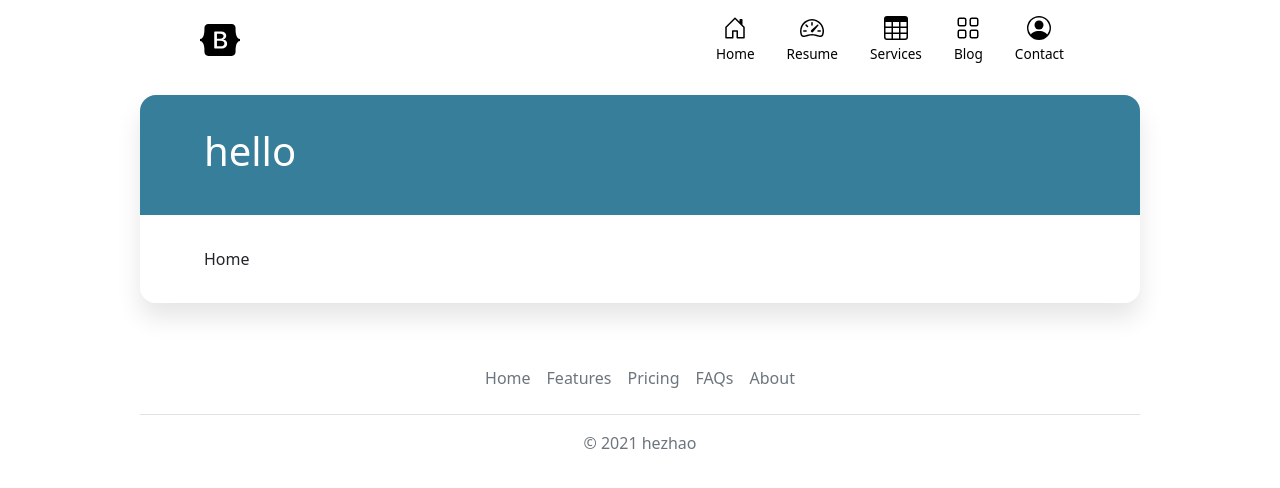
Repository: HeZhao-hugh/personal-web
Page: index.html
The author's editor kept a copy of each file at every save. The page is drawn from the files as they stood at one save, then again after the next save.
The browser window is 1280 px wide. The pictures show the whole page.

Above is the page before, as saved 2022-01-19 18:02:15.

### index.html
<!DOCTYPE html>
<html lang="en">

<head>
    <meta charset="UTF-8">
    <meta http-equiv="X-UA-Compatible" content="IE=edge">
    <meta name="viewport" content="width=device-width, initial-scale=1.0">
    <link href="https://cdn.jsdelivr.net/npm/bootstrap@5.1.3/dist/css/bootstrap.min.css" rel="stylesheet"
        integrity="sha384-1BmE4kWBq78iYhFldvKuhfTAU6auU8tT94WrHftjDbrCEXSU1oBoqyl2QvZ6jIW3" crossorigin="anonymous">
    <script src="https://cdn.jsdelivr.net/npm/bootstrap@5.1.3/dist/js/bootstrap.bundle.min.js"
        integrity="sha384-ka7Sk0Gln4gmtz2MlQnikT1wXgYsOg+OMhuP+IlRH9sENBO0LRn5q+8nbTov4+1p" crossorigin="anonymous">
    </script>

    <!-- Custom styles for this template -->
    <link href="style.css" rel="stylesheet">
    <title>Document</title>
</head>

<body>
    <svg xmlns="http://www.w3.org/2000/svg" style="display: none;">
        <symbol id="bootstrap" viewBox="0 0 118 94">
            <title>Bootstrap</title>
            <path fill-rule="evenodd" clip-rule="evenodd"
                d="M24.509 0c-6.733 0-11.715 5.893-11.492 12.284.214 6.14-.064 14.092-2.066 20.577C8.943 39.365 5.547 43.485 0 44.014v5.972c5.547.529 8.943 4.649 10.951 11.153 2.002 6.485 2.28 14.437 2.066 20.577C12.794 88.106 17.776 94 24.51 94H93.5c6.733 0 11.714-5.893 11.491-12.284-.214-6.14.064-14.092 2.066-20.577 2.009-6.504 5.396-10.624 10.943-11.153v-5.972c-5.547-.529-8.934-4.649-10.943-11.153-2.002-6.484-2.28-14.437-2.066-20.577C105.214 5.894 100.233 0 93.5 0H24.508zM80 57.863C80 66.663 73.436 72 62.543 72H44a2 2 0 01-2-2V24a2 2 0 012-2h18.437c9.083 0 15.044 4.92 15.044 12.474 0 5.302-4.01 10.049-9.119 10.88v.277C75.317 46.394 80 51.21 80 57.863zM60.521 28.34H49.948v14.934h8.905c6.884 0 10.68-2.772 10.68-7.727 0-4.643-3.264-7.207-9.012-7.207zM49.948 49.2v16.458H60.91c7.167 0 10.964-2.876 10.964-8.281 0-5.406-3.903-8.178-11.425-8.178H49.948z">
            </path>
        </symbol>
        <symbol id="Home" viewBox="0 0 16 16">
            <path
                d="M8.354 1.146a.5.5 0 0 0-.708 0l-6 6A.5.5 0 0 0 1.5 7.5v7a.5.5 0 0 0 .5.5h4.5a.5.5 0 0 0 .5-.5v-4h2v4a.5.5 0 0 0 .5.5H14a.5.5 0 0 0 .5-.5v-7a.5.5 0 0 0-.146-.354L13 5.793V2.5a.5.5 0 0 0-.5-.5h-1a.5.5 0 0 0-.5.5v1.293L8.354 1.146zM2.5 14V7.707l5.5-5.5 5.5 5.5V14H10v-4a.5.5 0 0 0-.5-.5h-3a.5.5 0 0 0-.5.5v4H2.5z" />
        </symbol>
        <symbol id="Resume" viewBox="0 0 16 16">
            <path
                d="M8 4a.5.5 0 0 1 .5.5V6a.5.5 0 0 1-1 0V4.5A.5.5 0 0 1 8 4zM3.732 5.732a.5.5 0 0 1 .707 0l.915.914a.5.5 0 1 1-.708.708l-.914-.915a.5.5 0 0 1 0-.707zM2 10a.5.5 0 0 1 .5-.5h1.586a.5.5 0 0 1 0 1H2.5A.5.5 0 0 1 2 10zm9.5 0a.5.5 0 0 1 .5-.5h1.5a.5.5 0 0 1 0 1H12a.5.5 0 0 1-.5-.5zm.754-4.246a.389.389 0 0 0-.527-.02L7.547 9.31a.91.91 0 1 0 1.302 1.258l3.434-4.297a.389.389 0 0 0-.029-.518z" />
            <path fill-rule="evenodd"
                d="M0 10a8 8 0 1 1 15.547 2.661c-.442 1.253-1.845 1.602-2.932 1.25C11.309 13.488 9.475 13 8 13c-1.474 0-3.31.488-4.615.911-1.087.352-2.49.003-2.932-1.25A7.988 7.988 0 0 1 0 10zm8-7a7 7 0 0 0-6.603 9.329c.203.575.923.876 1.68.63C4.397 12.533 6.358 12 8 12s3.604.532 4.923.96c.757.245 1.477-.056 1.68-.631A7 7 0 0 0 8 3z" />
        </symbol>
        <symbol id="Services" viewBox="0 0 16 16">
            <path
                d="M0 2a2 2 0 0 1 2-2h12a2 2 0 0 1 2 2v12a2 2 0 0 1-2 2H2a2 2 0 0 1-2-2V2zm15 2h-4v3h4V4zm0 4h-4v3h4V8zm0 4h-4v3h3a1 1 0 0 0 1-1v-2zm-5 3v-3H6v3h4zm-5 0v-3H1v2a1 1 0 0 0 1 1h3zm-4-4h4V8H1v3zm0-4h4V4H1v3zm5-3v3h4V4H6zm4 4H6v3h4V8z" />
        </symbol>
        <symbol id="Contact" viewBox="0 0 16 16">
            <path d="M11 6a3 3 0 1 1-6 0 3 3 0 0 1 6 0z" />
            <path fill-rule="evenodd"
                d="M0 8a8 8 0 1 1 16 0A8 8 0 0 1 0 8zm8-7a7 7 0 0 0-5.468 11.37C3.242 11.226 4.805 10 8 10s4.757 1.225 5.468 2.37A7 7 0 0 0 8 1z" />
        </symbol>
        <symbol id="Blog" viewBox="0 0 16 16">
            <path
                d="M1 2.5A1.5 1.5 0 0 1 2.5 1h3A1.5 1.5 0 0 1 7 2.5v3A1.5 1.5 0 0 1 5.5 7h-3A1.5 1.5 0 0 1 1 5.5v-3zM2.5 2a.5.5 0 0 0-.5.5v3a.5.5 0 0 0 .5.5h3a.5.5 0 0 0 .5-.5v-3a.5.5 0 0 0-.5-.5h-3zm6.5.5A1.5 1.5 0 0 1 10.5 1h3A1.5 1.5 0 0 1 15 2.5v3A1.5 1.5 0 0 1 13.5 7h-3A1.5 1.5 0 0 1 9 5.5v-3zm1.5-.5a.5.5 0 0 0-.5.5v3a.5.5 0 0 0 .5.5h3a.5.5 0 0 0 .5-.5v-3a.5.5 0 0 0-.5-.5h-3zM1 10.5A1.5 1.5 0 0 1 2.5 9h3A1.5 1.5 0 0 1 7 10.5v3A1.5 1.5 0 0 1 5.5 15h-3A1.5 1.5 0 0 1 1 13.5v-3zm1.5-.5a.5.5 0 0 0-.5.5v3a.5.5 0 0 0 .5.5h3a.5.5 0 0 0 .5-.5v-3a.5.5 0 0 0-.5-.5h-3zm6.5.5A1.5 1.5 0 0 1 10.5 9h3a1.5 1.5 0 0 1 1.5 1.5v3a1.5 1.5 0 0 1-1.5 1.5h-3A1.5 1.5 0 0 1 9 13.5v-3zm1.5-.5a.5.5 0 0 0-.5.5v3a.5.5 0 0 0 .5.5h3a.5.5 0 0 0 .5-.5v-3a.5.5 0 0 0-.5-.5h-3z" />
        </symbol>
    </svg>

    <main>

        <header>
            <div class="px-5 py-2 bg-white text-black">
                <div class="container">
                    <div class="d-flex flex-wrap align-items-center justify-content-center justify-content-lg-start">
                        <a href="/"
                            class="d-flex align-items-center my-2 my-lg-0 me-lg-auto text-black text-decoration-none">
                            <svg class="bi me-2" width="40" height="32" role="img" aria-label="Bootstrap">
                                <use href="#bootstrap" /></svg>
                        </a>

                        <ul class="nav col-12 col-lg-auto my-2 justify-content-center my-md-0 text-small">
                            <li>
                                <a href="#" class="nav-link text-black">
                                    <svg class="bi d-block mx-auto mb-1" width="24" height="24">
                                        <use href="#Home" /></svg>
                                    Home
                                </a>
                            </li>
                            <li>
                                <a href="#" class="nav-link text-black">
                                    <svg class="bi d-block mx-auto mb-1" width="24" height="24">
                                        <use href="#Resume" /></svg>
                                    Resume
                                </a>
                            </li>
                            <li>
                                <a href="#" class="nav-link text-black">
                                    <svg class="bi d-block mx-auto mb-1" width="24" height="24">
                                        <use href="#Services" /></svg>
                                    Services
                                </a>
                            </li>

                            <li>
                                <a href="#" class="nav-link text-black">
                                    <svg class="bi d-block mx-auto mb-1" width="24" height="24">
                                        <use href="#Blog" /></svg>
                                    Blog
                                </a>
                            </li>
                            <li>
                                <a href="#" class="nav-link text-black">
                                    <svg class="bi d-block mx-auto mb-1" width="24" height="24">
                                        <use href="#Contact" /></svg>
                                    Contact
                                </a>
                            </li>
                        </ul>
                    </div>
                </div>
            </div>
        </header>
        <!-- pages -->
        <div class="pages">
            <!-- Home page -->
            <div id="Home" class="page page--active">
                <div class="page_header">
                    <h1>
                        hello
                    </h1>
                </div>
                <div class="page_content">
                    Home
                </div>
            </div>
        </div>


        <footer class="py-3 my-4">
            <ul class="nav justify-content-center border-bottom pb-3 mb-3">
                <li class="nav-item"><a href="#" class="nav-link px-2 text-muted">Home</a></li>
                <li class="nav-item"><a href="#" class="nav-link px-2 text-muted">Features</a></li>
                <li class="nav-item"><a href="#" class="nav-link px-2 text-muted">Pricing</a></li>
                <li class="nav-item"><a href="#" class="nav-link px-2 text-muted">FAQs</a></li>
                <li class="nav-item"><a href="#" class="nav-link px-2 text-muted">About</a></li>
            </ul>
            <p class="text-center text-muted">&copy; 2021 hezhao</p>
        </footer>

    </main>
</body>

</html>

### style.css
  body{
    max-width: 1000px;
    margin: auto;
  }
  .form-control-dark {
    color: #fff;
    background-color: var(--bs-dark);
    border-color: var(--bs-gray);
  }
  .form-control-dark:focus {
    color: #fff;
    background-color: var(--bs-dark);
    border-color: #fff;
    box-shadow: 0 0 0 .25rem rgba(255, 255, 255, .25);
  }

  .bi {
    vertical-align: -.125em;
    fill: currentColor;
  }

  .text-small {
    font-size: 85%;
  }

  .dropdown-toggle {
    outline: 0;
  }

  .pages {
    padding: 15px 0;
    position: relative;
    flex: 1;
  }

  .page {
    display: none;
    position: absolute;
    top: 0;
    left: 0;
    right: 0;
    visibility: hidden;
    opacity: 0;
    border-radius: 16px;
    background: white;
    transition: visibility 0.3s, opacity 0.3s ease-in-out;
    box-shadow: 0px 15px 25px 0px rgba(0,0,0,0.1);
  }
  .page--active {
    display: block;
    position: relative;
    visibility: visible;
    opacity: 1;
  }
  .page_header {
    padding: 32px 64px;
    background-color: #377e9a;
    color: white;
    border-top-left-radius: 16px;
    border-top-right-radius: 16px;
  }
  .page_content {
    padding: 32px 64px;
    background-color: white;
    border-bottom-left-radius: 16px;
    border-bottom-right-radius: 16px;
  }

After the next save:
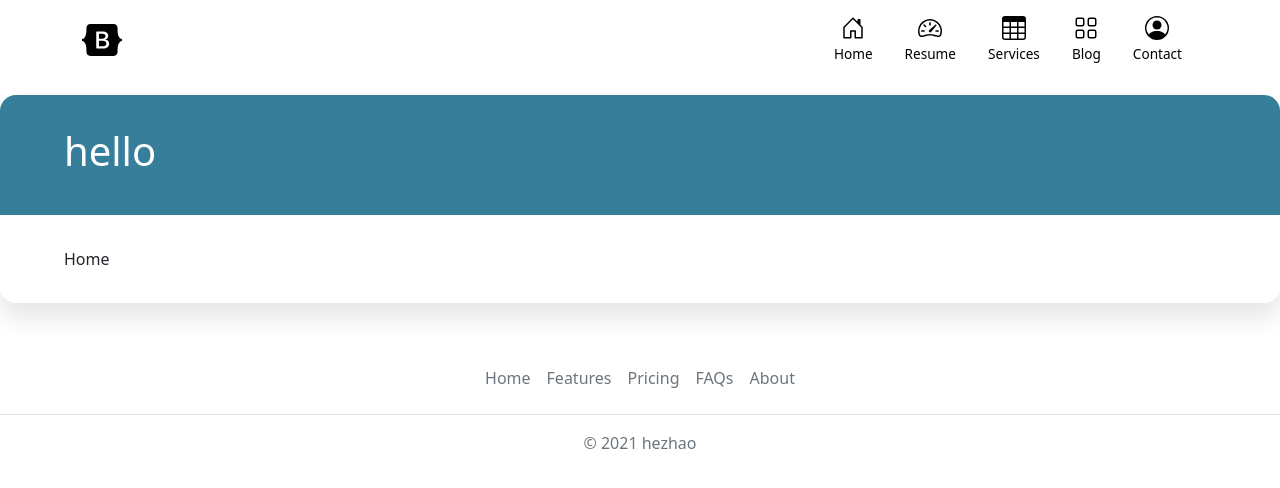
Saved 24 s later.
--- a/style.css
+++ b/style.css
@@ -1,5 +1,5 @@
   body{
-    max-width: 1000px;
+    max-width: 1500px;
     margin: auto;
   }
   .form-control-dark {
